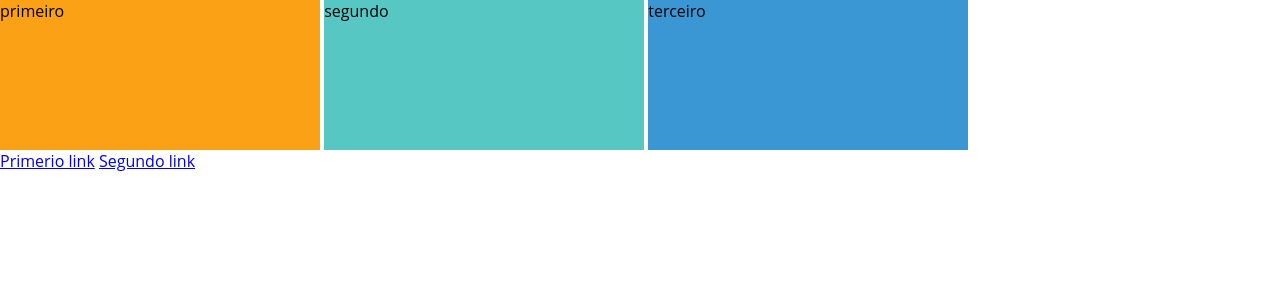
Repository: NicholasMaestrello/treinamento-impacta
Page: DesenvolvimentoJava/Modulo06/01_ConceitosHTMLCSS/WebContent/exemplo_display.html
The author's editor kept a copy of each file at every save. The page is drawn from the files as they stood at one save, then again after the next save.
The browser window is 1280 px wide. The pictures show the whole page.

Above is the page before, as saved 2017-10-18 16:19:09.

### DesenvolvimentoJava/Modulo06/01_ConceitosHTMLCSS/WebContent/exemplo_display.html
<!DOCTYPE html>
<html>
<head>
<meta charset="ISO-8859-1">
<title>Exemplo da propriedade Display</title>
<style type="text/css">
	.exemplo{
		color: #FFF;
	}

	*{
		margin: 0;
		padding: 0;
		border: 0;
	}

	body{
		font-family: 'Open Sans', sans-serif;
	}

	ul, ol, li{
		list-style: none;
	}

	.exemplo-item{
		width: 25%;
		height: 150px;
		display: inline-block;
	}
	.exemplo-item-primeiro{
		background-color: #FAA116;
	}
	.exemplo-item-segundo{
		background-color: #57C7C3;
	}
	.exemplo-item-terceiro{
		background-color: #3B97D3;
	}
</style>
</head>
<body>

	<ul>
		<li class="exemplo-item exemplo-item-primeiro">primeiro</li>
		<li class="exemplo-item exemplo-item-segundo">segundo</li>
		<li class="exemplo-item exemplo-item-terceiro">terceiro</li>
	</ul>
	<a href="#">Primerio link</a>
	<a href="#">Segundo link</a>

</body>
</html>

After the next save:
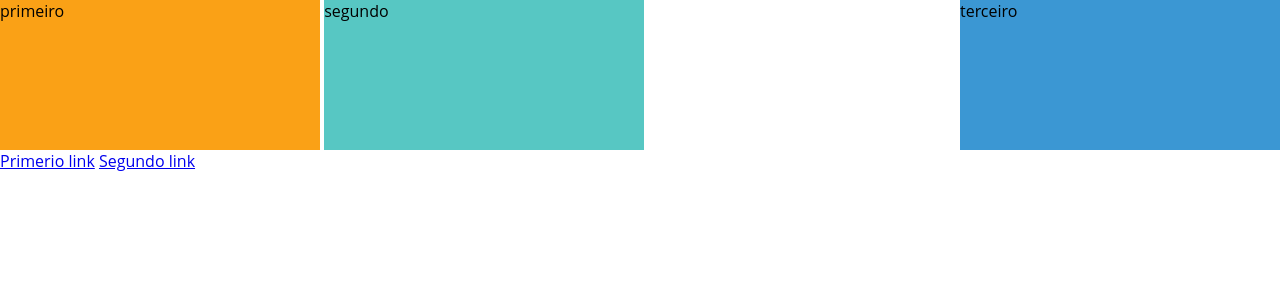
Saved 70 s later.
--- a/DesenvolvimentoJava/Modulo06/01_ConceitosHTMLCSS/WebContent/exemplo_display.html
+++ b/DesenvolvimentoJava/Modulo06/01_ConceitosHTMLCSS/WebContent/exemplo_display.html
@@ -35,6 +35,7 @@
 	}
 	.exemplo-item-terceiro{
 		background-color: #3B97D3;
+		float: right;
 	}
 </style>
 </head>
